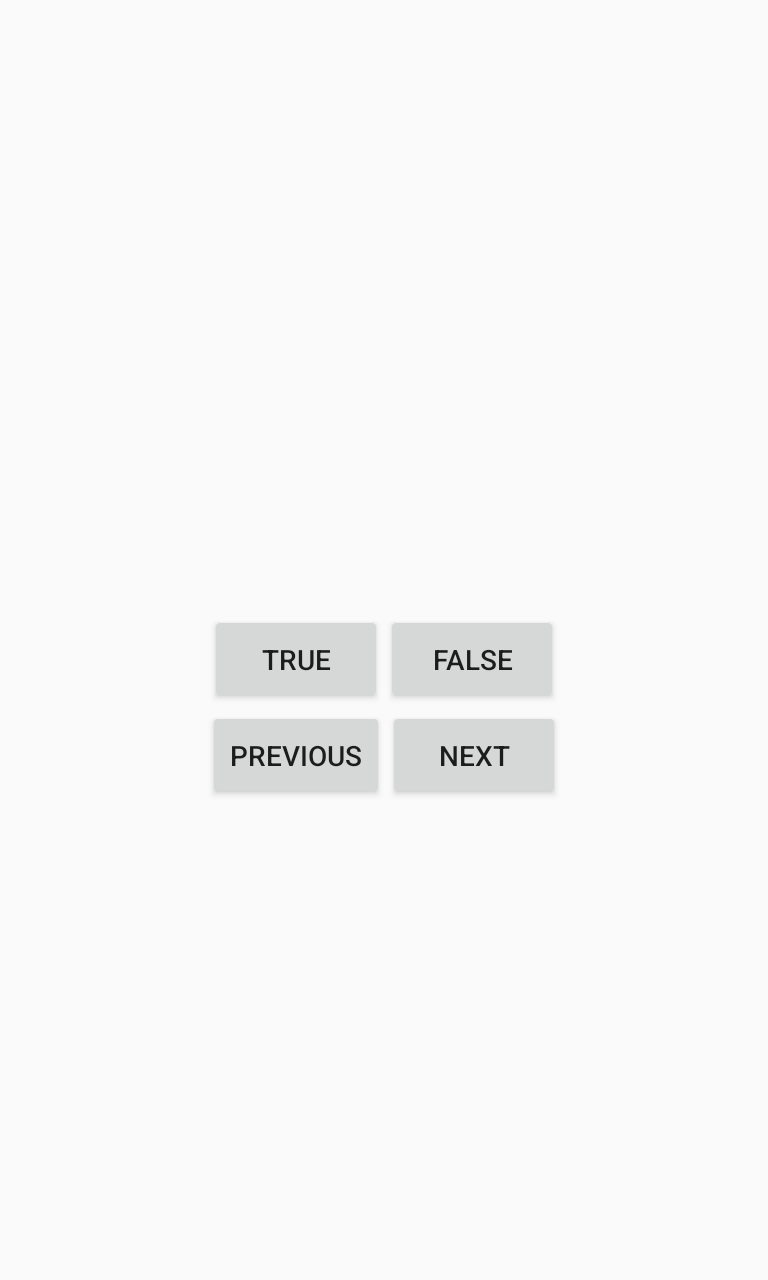
Repository: DaleJulian/AndroidTraining
Layout: GeoQuiz/res/layout/activity_quiz.xml
The author's editor kept a copy of each file at every save. The layout is drawn from the files as they stood at one save, then again after the next save.
It is drawn on a 768 x 1280 px phone screen (xhdpi) without system bars, with theme AppTheme; the app's code is not run.

Above is the layout before, as saved 2015-05-26 04:26:08.

### GeoQuiz/res/layout/activity_quiz.xml
<LinearLayout xmlns:android="http://schemas.android.com/apk/res/android"
	android:layout_width="match_parent"
	android:layout_height="match_parent"
	android:gravity="center"
	android:orientation="vertical" >

    <TextView
        android:id="@+id/question_text_view"
        android:layout_width="wrap_content"
        android:layout_height="wrap_content"
        android:padding="24dp"
    />

	<LinearLayout
		android:layout_width="wrap_content"
		android:layout_height="wrap_content"
		android:orientation="horizontal" >
		<Button
			android:id="@+id/true_button"
			android:layout_width="wrap_content"
			android:layout_height="wrap_content"
			android:text="@string/button_true" />
		<Button
		    android:id="@+id/false_button"
			android:layout_width="wrap_content"
			android:layout_height="wrap_content"
			android:text="@string/button_false" />
	</LinearLayout>

	<LinearLayout
	    android:layout_width="wrap_content"
	    android:layout_height="wrap_content"
	    android:orientation="horizontal">

		<Button
		    android:id="@+id/prev_button"
		    android:layout_width="wrap_content"
		    android:layout_height="wrap_content"
		    android:text="@string/button_previous"

		    />
		<Button
		    android:id="@+id/next_button"
		    android:layout_width="wrap_content"
		    android:layout_height="wrap_content"
		    android:text="@string/button_next"

		    />

	</LinearLayout>


	<LinearLayout
	    android:layout_width="wrap_content"
	    android:layout_height="wrap_content"
		android:orientation="horizontal" >



	</LinearLayout>

</LinearLayout>

### GeoQuiz/res/values/strings.xml
<?xml version="1.0" encoding="utf-8"?>
<resources>

    <string name="app_name">GeoQuiz</string>
    <string name="question_text">Constantinople is the largest city in Turkey</string>
    <string name="button_true">True</string>
    <string name="button_false">False</string>
    <string name="correct_toast">Correct!</string>
    <string name="incorrect_toast">Incorrect!</string>
    <string name="action_settings">Settings</string>
    <string name="button_next">Next</string>
    <string name="button_previous">Previous</string>
	<string name="question_oceans">The Pacific Ocean is larger than the Atlantic Ocean.</string>
	<string name="question_mideast">The Suez Canal connects the Red Sea and the Indian Ocean.</string>
	<string name="question_africa">The source of the Nile River is in Egypt. </string>
	<string name="question_americas">The Amazon River is the longest river in America.</string>
	<string name="question_asia">Lake Baikal is the world\'s oldest and deepest freshwater lake.</string>

</resources>

Loaded but not shown: GeoQuiz/res/values/styles.xml (common file); GeoQuiz/res/values-v11/styles.xml (common file); GeoQuiz/res/values-v14/styles.xml (common file)

After the next save:
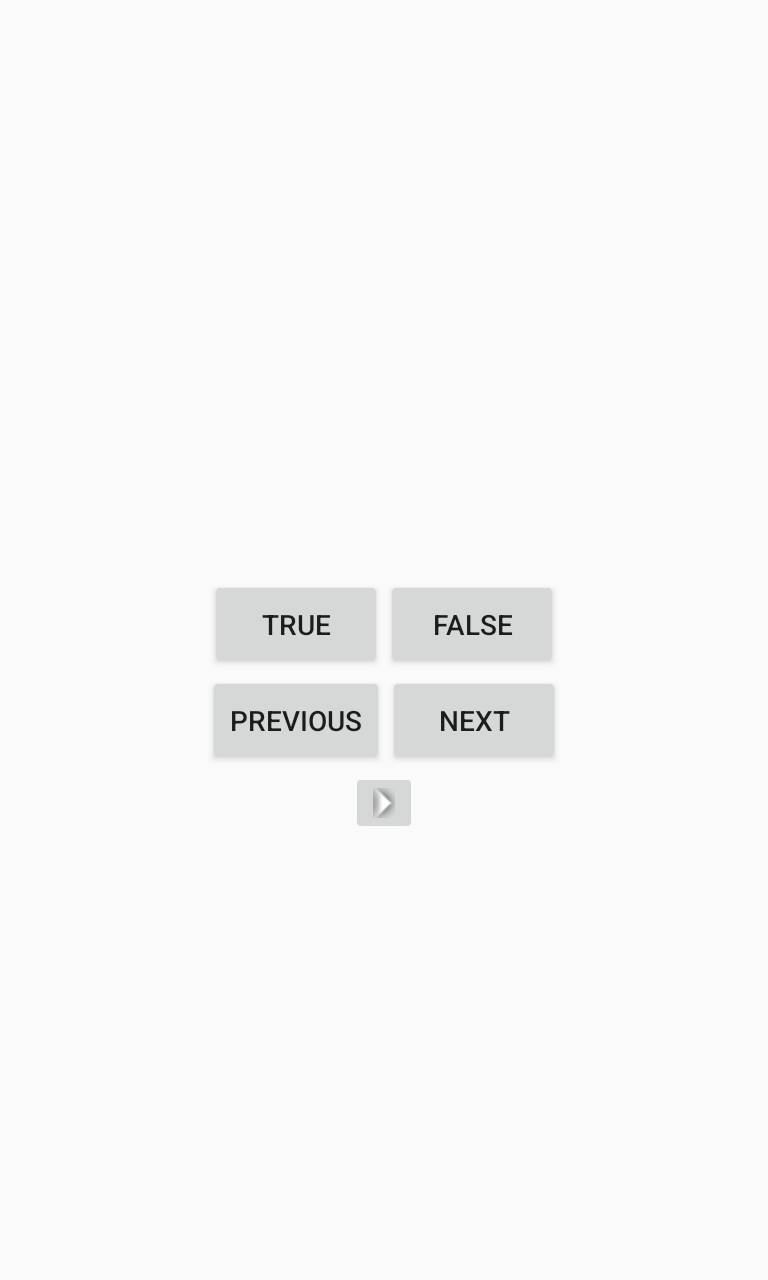
Saved 81 s later.
--- a/GeoQuiz/res/layout/activity_quiz.xml
+++ b/GeoQuiz/res/layout/activity_quiz.xml
@@ -55,7 +55,12 @@
 	    android:layout_height="wrap_content"
 		android:orientation="horizontal" >
 
-
+		<ImageButton
+		    android:id="@+id/next_imagebutton"
+		    android:layout_width="wrap_content"
+		    android:layout_height="wrap_content"
+		    android:src="@drawable/arrow_right"
+		    />
 
 	</LinearLayout>
 
